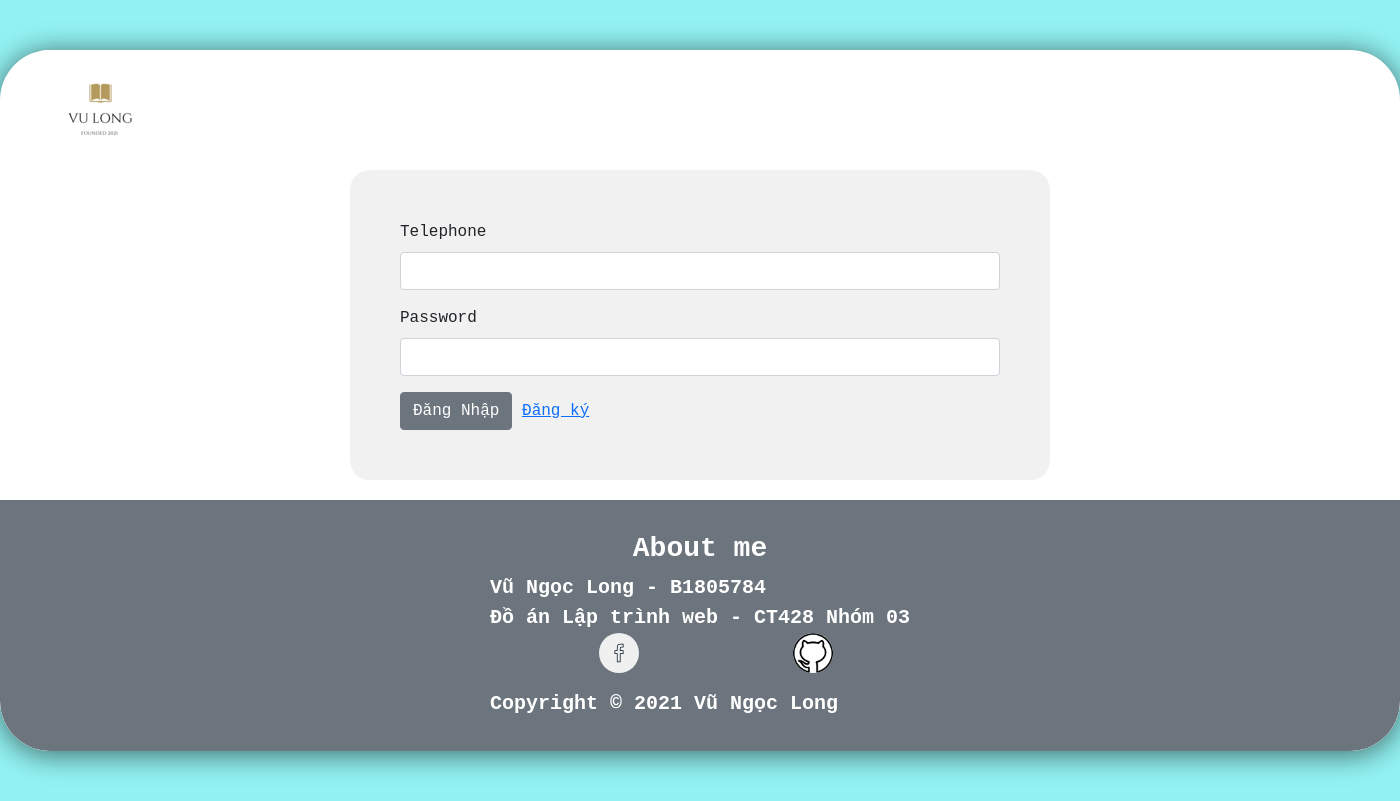
Repository: VuNgocLong2626/exercise_web_CT428
Page: VuNgocLongB1805784/user/dangnhap.html
The author's editor kept a copy of each file at every save. The page is drawn from the files as they stood at one save, then again after the next save.
The browser window is 1280 px wide. The page is 1400 px wide, so the pictures cover 1400 px, including what lies to the right of the window. The pictures show the whole page.

Above is the page before, as saved 2021-10-05 15:31:32.

After the next save:
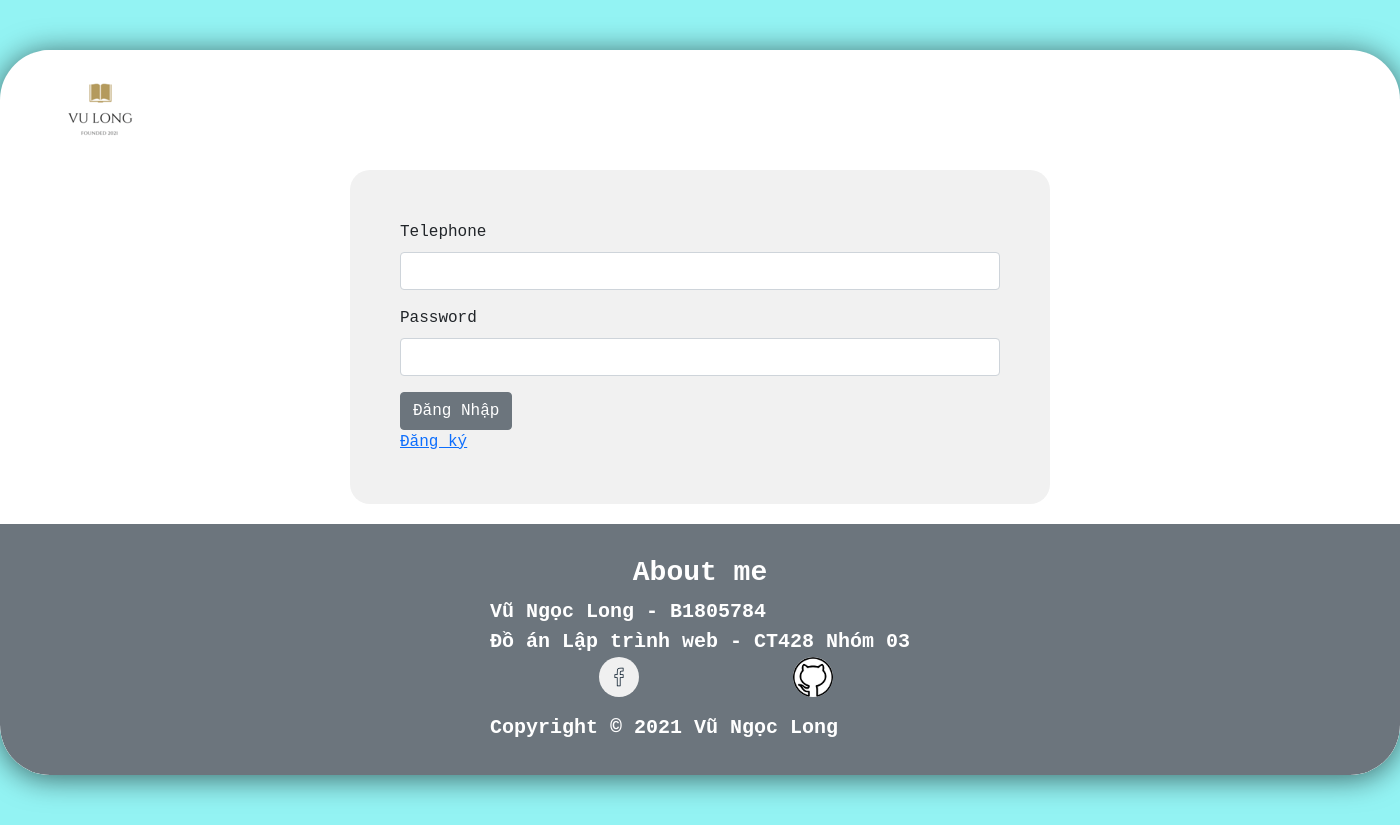
Saved 25 s later.
--- a/VuNgocLongB1805784/user/dangnhap.html
+++ b/VuNgocLongB1805784/user/dangnhap.html
@@ -26,7 +26,9 @@
                     <input type="password" class="form-control" id="exampleInputPassword1">
                 </div>
                 <button type="submit" class="btn btn-secondary">Đăng Nhập</button>
-                <a href="">Đăng ký</a>
+                <div>
+                    <a href="">Đăng ký</a>
+                </div>
               </form>
         </div>
 
